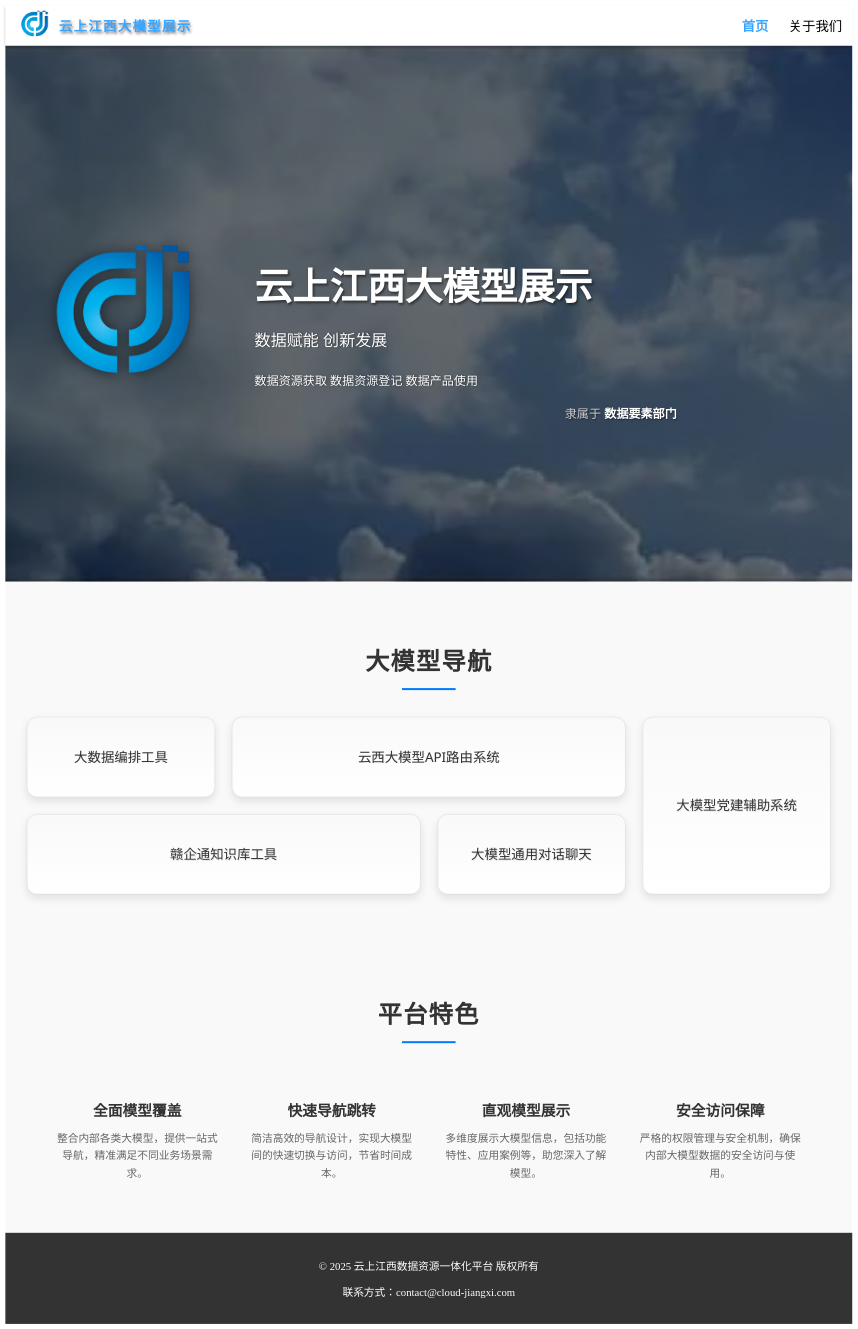
Repository: Felix-yifengyang/ysjx-model-nav
Page: /
The author's editor kept a copy of each file at every save. The page is drawn from the files as they stood at one save, then again after the next save.
The browser window is 1280 px wide. The pictures show the whole page, at 67% of full size.
The project was rebuilt for these pictures with package versions that can differ from the ones it lists, and the page was loaded fresh each time. Also part of the build but not shown: vite.config.ts, src/About.vue.

Above is the page before, as saved 2025-02-21 09:16:35.

After the next save:
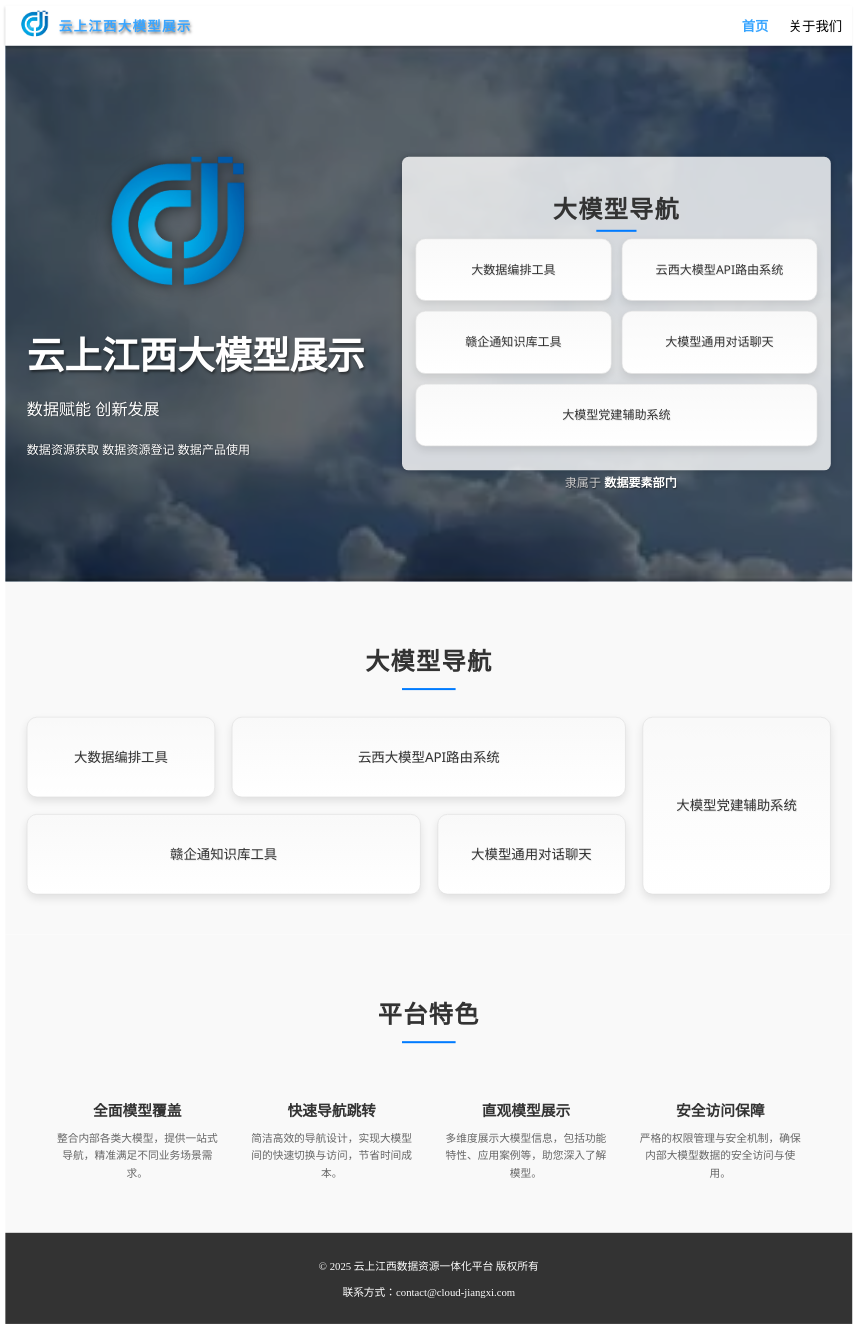
Saved 92 s later.
--- a/src/components/HeroSection.vue
+++ b/src/components/HeroSection.vue
@@ -17,6 +17,32 @@
                 <span class="department-label">隶属于</span>
                 <span class="department-name">数据要素部门</span>
             </div>
+            <!-- 合并进来的 ShowcaseSection 内容 -->
+            <div class="showcase-section">
+                <h2>大模型导航</h2>
+                <div class="showcase-container">
+                    <!-- 第一个矩形 -->
+                    <a href="http://106.227.19.2:28088/apps" class="showcase-item item-1">
+                        <p class="description">大数据编排工具</p>
+                    </a>
+                    <!-- 第二个矩形 -->
+                    <a href="http://106.227.19.14:16105/" class="showcase-item item-2">
+                        <p class="description">云西大模型API路由系统</p>
+                    </a>
+                    <!-- 第三个矩形 -->
+                    <a href="http://10.9.55.36:12300/" class="showcase-item item-3">
+                        <p class="description">赣企通知识库工具</p>
+                    </a>
+                    <!-- 第四个矩形 -->
+                    <a href="http://106.227.19.14:16104/" class="showcase-item item-4">
+                        <p class="description">大模型通用对话聊天</p>
+                    </a>
+                    <!-- 第五个矩形 -->
+                    <a href="http://106.227.19.2:26011/" class="showcase-item item-5">
+                        <p class="description">大模型党建辅助系统</p>
+                    </a>
+                </div>
+            </div>
         </div>
     </section>
 </template>
@@ -53,8 +79,8 @@
     z-index: 1; /* 确保内容显示在遮罩层之上 */
     padding: 0 20px; /* 添加左右内边距，防止内容紧贴边缘 */
     display: flex;
-    flex-direction: column; /* 垂直排列子元素 */
-    align-items: flex-start; /* 子元素左对齐 */
+    flex-direction: row; /* 修改为水平排列 */
+    justify-content: space-between; /* 子元素两端对齐 */
     width: 100%;
     max-width: 1200px;
     margin: 0 auto;
@@ -64,6 +90,8 @@
 .hero-logo-content-wrapper {
     display: flex;
     align-items: center;
+    flex-direction: column; /* 垂直排列 logo 和文本 */
+    text-align: left;
 }
 
 .hero-logo {
@@ -168,4 +196,118 @@
         transform: translateY(0);
     }
 }
+
+/* ShowcaseSection 样式 */
+.showcase-section {
+    width: 50%; /* 占据一半宽度 */
+    padding: 20px;
+    background-color: rgba(255, 255, 255, 0.8); /* 半透明白色背景 */
+    border-radius: 10px;
+    box-shadow: 0 0 10px rgba(0, 0, 0, 0.2);
+}
+
+.showcase-section h2 {
+    font-family: 'Poppins', sans-serif;
+    font-size: 36px;
+    color: #333;
+    margin-bottom: 20px;
+    text-transform: uppercase;
+    letter-spacing: 2px;
+    position: relative;
+}
+
+.showcase-section h2::after {
+    content: '';
+    position: absolute;
+    bottom: -10px;
+    left: 50%;
+    transform: translateX(-50%);
+    width: 60px;
+    height: 3px;
+    background-color: #007BFF;
+}
+
+.showcase-container {
+    display: grid;
+    grid-template-columns: repeat(2, 1fr);
+    grid-template-rows: repeat(3, 1fr);
+    gap: 15px;
+    justify-content: center;
+}
+
+.showcase-item {
+    background-color: #ffffff;
+    border-radius: 15px;
+    box-shadow: 0 6px 12px rgba(0, 0, 0, 0.1);
+    overflow: hidden;
+    transition: all 0.3s ease;
+    text-decoration: none;
+    color: inherit;
+    position: relative;
+    display: flex;
+    justify-content: center;
+    align-items: center;
+    background-image: linear-gradient(to bottom, #f9f9f9, #ffffff); /* 添加渐变背景 */
+    border: 1px solid #e0e0e0; /* 添加边框 */
+}
+
+.showcase-item:hover {
+    transform: translateY(-8px);
+    box-shadow: 0 10px 20px rgba(0, 0, 0, 0.15);
+    background-image: linear-gradient(to bottom, #ffffff, #f9f9f9); /* 悬停时渐变背景反转 */
+    border-color: #a0a0a0; /* 悬停时边框颜色变深 */
+}
+
+.showcase-item::before {
+    content: '';
+    position: absolute;
+    top: 0;
+    left: 0;
+    width: 100%;
+    height: 100%;
+    background-color: rgba(0, 0, 0, 0.05);
+    opacity: 0;
+    transition: opacity 0.3s ease;
+}
+
+.showcase-item:hover::before {
+    opacity: 1;
+}
+
+.description {
+    padding: 15px;
+    font-size: 18px; /* 增大字体大小 */
+    color: #333333; /* 加深文字颜色 */
+    font-family: 'Segoe UI', Tahoma, Geneva, Verdana, sans-serif;
+    position: relative;
+    z-index: 1;
+    text-shadow: 1px 1px 1px rgba(0, 0, 0, 0.1); /* 增强文字阴影 */
+    text-align: center;
+    line-height: 1.4; /* 调整行高 */
+}
+
+.item-1 {
+    grid-column: 1 / 2;
+    grid-row: 1 / 2;
+}
+
+.item-2 {
+    grid-column: 2 / 3;
+    grid-row: 1 / 2;
+}
+
+.item-3 {
+    grid-column: 1 / 2;
+    grid-row: 2 / 3;
+}
+
+.item-4 {
+    grid-column: 2 / 3;
+    grid-row: 2 / 3;
+}
+
+.item-5 {
+    grid-column: 1 / 3;
+    grid-row: 3 / 4;
+}
 </style>
